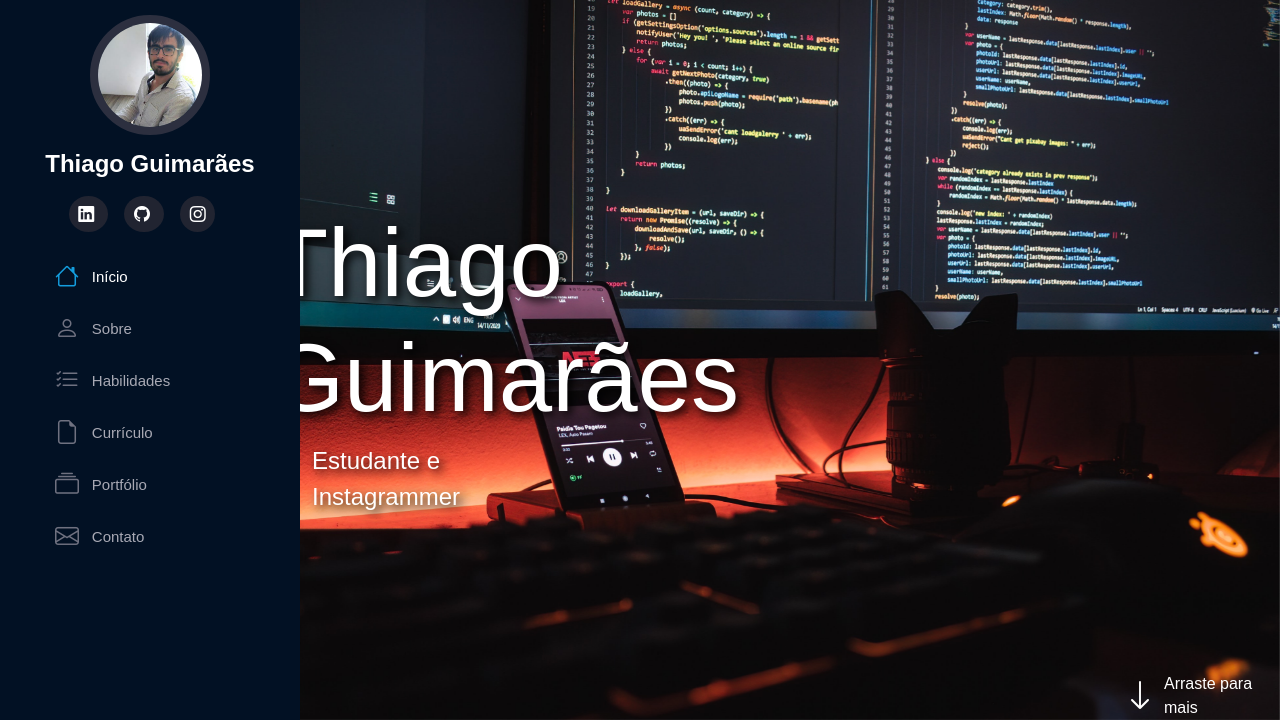
Repository: Rayago/projeto-portfolio
Page: http://localhost/
The author's editor kept a copy of each file at every save. The page is drawn from the files as they stood at one save, then again after the next save.
The browser window is 1280 px wide. The pictures show the whole page.
Some web fonts or font styles are not loaded; a fallback is used. The page is served by the project's application, run on Flask 3 (app.py).

Above is the page before, as saved 2022-07-12 20:37:55.

### templates/index.html
<!DOCTYPE html>
<html lang="pt-br">
<head>
    <meta charset="UTF-8">
    <meta http-equiv="X-UA-Compatible" content="IE=edge">
    <meta name="viewport" content="width=device-width, initial-scale=1.0">
    <link rel="stylesheet" href="../static/bootstrap/css/bootstrap.css">
    <link rel="stylesheet" href="../static/style.css">
    <link rel="icon" type="image/png" href="../static/img">
    <link rel="stylesheet" href="https://cdn.jsdelivr.net/npm/bootstrap-icons@1.8.3/font/bootstrap-icons.css">
    <title>Thiago Guimarães</title>
</head>
<body>

    <i class="bi bi-list menu-mobile"></i>

    <aside id="header">
        <section class="profile">
            <img src="../static/img/meu_perfil.jpg" alt="Foto Perfil"/>
            <h1>Thiago Guimarães</h1>
            <div class="social-links mt-4 text-center">
                <a target="_blank" href="https://www.linkedin.com/in/raymundo-thiago">
                    <i class="bi bi-linkedin"></i>
                </a>
                <a target="_blank" href="https://www.github.com/Rayago">
                    <i class="bi bi-github"></i>
                </a>
                <a target="_blank" href="https://www.instagram.com/estudatech">
                    <i class="bi bi-instagram"></i>
                </a>
            </div>
        </section>

        <nav id="navbar" class="nav-menu">
            <ul class="nav flex-column">
                <li class="nav-item">
                  <a class="nav-link active" aria-current="page" href="#"><i class="bi bi-house" aria-hidden="true"></i> Início</a>
                </li>
                <li class="nav-item">
                  <a class="nav-link" href="#"><i class="bi bi-person" aria-hidden="true"></i> Sobre</a>
                </li>
                <li class="nav-item">
                  <a class="nav-link" href="#"><i class="bi bi-list-check" aria-hidden="true"></i> Habilidades</a>
                </li>
                <li class="nav-item">
                    <a class="nav-link" aria-current="page" href="#"><i class="bi bi-file-earmark" aria-hidden="true"></i> Currículo</a>
                </li>
                <li class="nav-item">
                    <a class="nav-link" href="#"><i class="bi bi-collection" aria-hidden="true"></i> Portfólio</a>
                </li>
                <li class="nav-item">
                    <a class="nav-link" href="#"><i class="bi bi-envelope" aria-hidden="true"></i> Contato</a>
                </li>
              </ul>
        </nav>

    </aside>

    <main id="main">

        <section id="inicio" class="row m-0 p-0">
            <div class="col-md-5 d-flex justify-content-center align-items-center flex-column">
                <h2 class="text-white text-shadow">Thiago Guimarães</h2>
                <span id="subtitle" class="text-white text-shadow">Estudante e Instagrammer</span>
            </div>

            <div class="col-md-7 d-flex justify-content-end align-items-end">
                <div id="arraste" class="d-flex align-items-center">
                    <i class="bi bi-arrow-down text-white pe-2 fs-2" aria-hidden="true"></i>
                    <a href="#">Arraste para mais</a>
                </div>

            </div>

        </section>

    </main>

    <script src="../static/bootstrap/js/bootstrap.bundle.min.js"></script>
    <script src="../static/script.js"></script>
</body>
</html>

### app.py
from flask import Flask, render_template, redirect

app = Flask(__name__)

@app.route('/')
def index():
    return render_template('index.html')

if __name__ == '__main__':
    app.run(debug=True)

### static/style.css
@import url('https://fonts.googleapis.com/css2?family=Ubuntu:ital,wght@0,300;0,400;0,500;0,700;1,300;1,400;1,500;1,700&display=swap');

html, body {
    font-family: Ubuntu, Arial;
    width: 100%;
    height: 100%;
}

#header {
    position: fixed;
    top: 0;
    left: 0;
    bottom: 0;
    background: #021124;
    overflow-y: auto;
    width: 300px;
    transition: all ease-in-out 0.5s;
    padding: 0 15px;
    z-index: 9997;
}

#header .profile img {
    margin: 15px auto;
    display: block;
    width: 120px;
    border: 8px solid #2c2f3f;
    border-radius: 50%;
}

#header .profile h1 {
    font-size: 24px;
    margin: 0;
    padding: 0;
    font-weight: 600;
    text-align: center;
    color: #fff;
}

#header .profile .social-links a {
    font-size: 1rem;
    background: #212431;
    color: #fff;
    padding: 0.6rem;
    margin-right: 1rem;
    border-radius: 50%;
    transition: 0.3s;
    text-decoration: none;
}

#header .profile .social-links a:hover {
    background: #149ddd;
}

.nav-menu {
    padding: 1.5rem;
}

.nav-menu a,
.nav-menu a:focus {
    display: flex;
    align-items: center;
    color: #a8a9b4;
    transition: 0.3s;
    font-size: 15px;
}

.nav-menu a i,
.nav-menu a:focus i {
    font-size: 24px;
    padding-right: 0.8rem;
    color: #6f7180;
}

.nav-menu a:hover,
.nav-menu .active,
.nav-menu .active:focus,
.nav-menu li:hover > a {
    text-decoration: none;
    color: #fff;
}

.nav-menu a:hover i,
.nav-menu .active i,
.nav-menu .active:focus i,
.nav-menu li:hover > a i {
    color: #149ddd;
}

#main{
    margin-left: 300px;
}

section#inicio {
    background-image: url("./img/banner.jpg");
    background-repeat: no-repeat;
    background-size: cover;
    background-attachment: fixed;
    background-position: center;

    width: 100%;
    height: 100vh;
}


section#inicio h2{
    font-size: 6rem;
}

section#inicio span#subtitle{
    margin-right: 8rem;
    font-size: 1.5rem;
}

.text-shadow {
    text-shadow: 4px 4px 10px #000000;
}

section#inicio div#arraste {
    width: 9rem;
}

section#inicio div#arraste a {
    text-decoration: none;
    color: #fff;
}

i.menu-mobile {
    position: fixed;
    color: #fff;
    background-color: #18171D;
    right: 1rem;
    top: 1rem;
    font-size: 1.5rem;
    border-radius: 4rem;
    cursor: pointer;
    z-index: 10;
    width: 45px;
    height: 45px;
    display: none;
    justify-content: center;
    align-items: center;
}

.menu-nav-active {
    overflow: hidden;
}

.menu-nav-active #header {
    left: 0;
}

@media (max-width: 1024px) {
    #header {
        left: -300px;
    }

    i.menu-mobile {
        display: flex;
    }

    section#inicio h2 {
        font-size: 3.5rem;
    }

    section#inicio span#subtitle {
        margin-right: 0;
        font-size: 1rem;
    }

    #main {
        margin-left: 0;
    }
}

### static/script.js
/*Abre e fecha menu lateral no mobile */

const menuMobile = document.querySelector('.menu-mobile')
const body = document.querySelector('body')

menuMobile.addEventListener('click', () => {
    menuMobile.classList.contains("bi-list")
    ? menuMobile.classList.replace("bi-list", "bi-x")
    : menuMobile.classList.replace("bi-x", "bi-list")
})

Loaded but not shown: static/bootstrap/css/bootstrap.css (library); static/bootstrap/js/bootstrap.bundle.min.js (library)

After the next save:
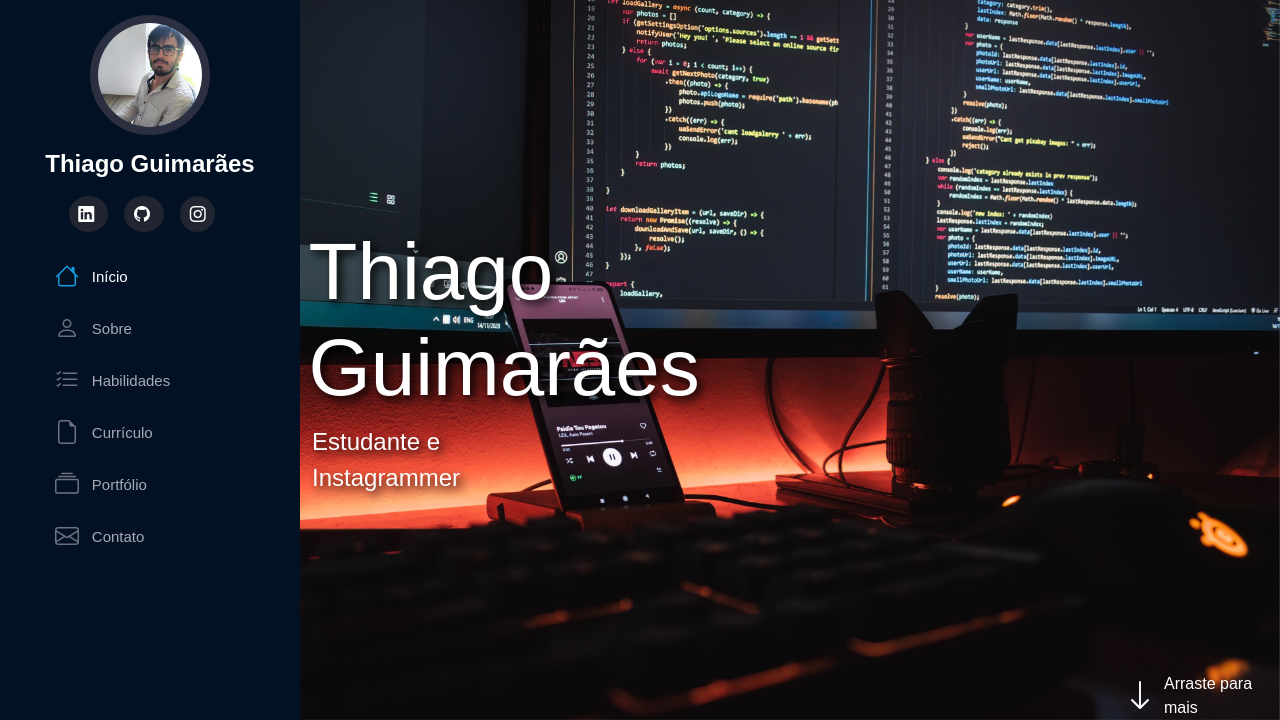
Saved 9 s later.
--- a/static/style.css
+++ b/static/style.css
@@ -103,7 +103,7 @@ section#inicio {
 
 
 section#inicio h2{
-    font-size: 6rem;
+    font-size: 5rem;
 }
 
 section#inicio span#subtitle{
